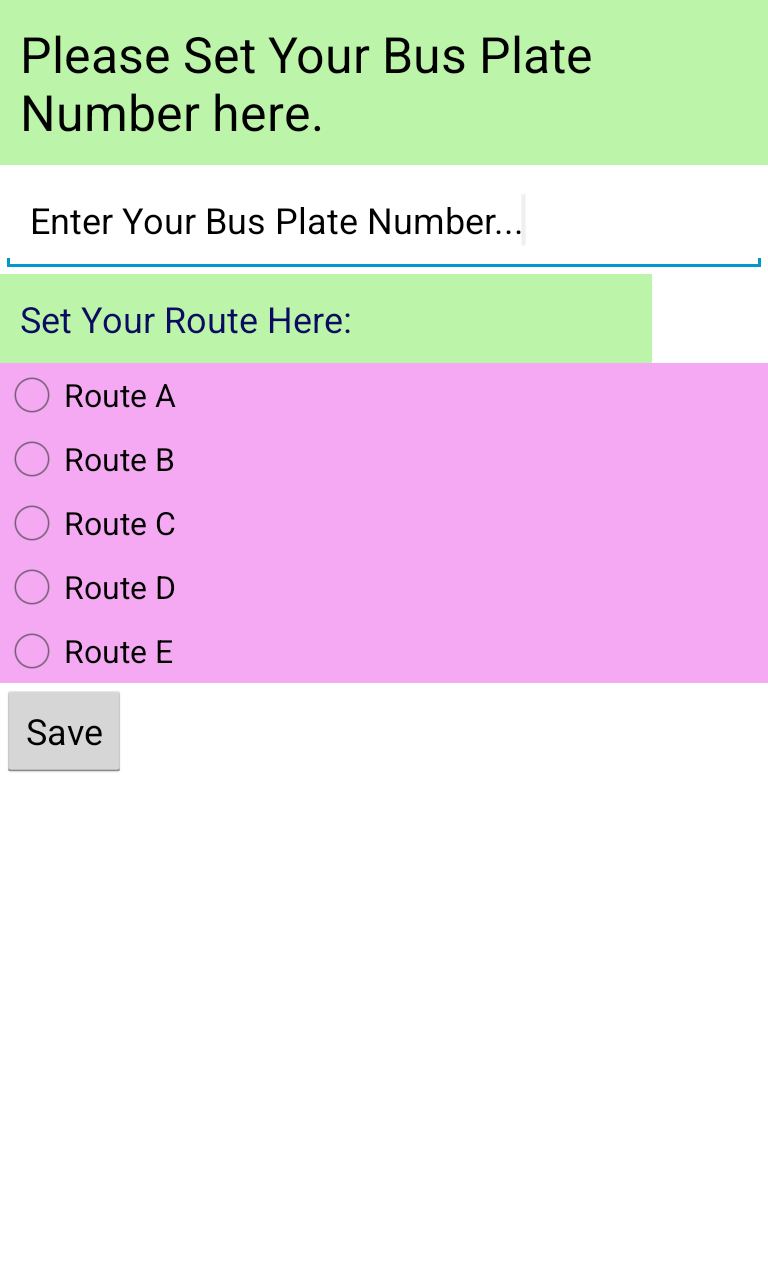
Repository: patheon17/myrepo2
Layout: workspace/UMBusTracker/res/layout/activity_set_plate_num.xml
The author's editor kept a copy of each file at every save. The layout is drawn from the files as they stood at one save, then again after the next save.
It is drawn on a 768 x 1280 px phone screen (xhdpi) without system bars, with theme AppTheme; the app's code is not run.

Above is the layout before, as saved 2013-10-01 09:56:45.

### workspace/UMBusTracker/res/layout/activity_set_plate_num.xml
<LinearLayout xmlns:android="http://schemas.android.com/apk/res/android"
    xmlns:tools="http://schemas.android.com/tools"
    android:layout_width="match_parent"
    android:layout_height="match_parent"
    android:orientation="vertical"
    tools:context=".MainActivity" >

    <TextView
        android:id="@+id/textView1"
        android:layout_width="wrap_content"
        android:layout_height="wrap_content"
        android:background="@color/appbackground"
        android:padding="10sp"
        android:text="Please Set Your Bus Plate Number here."
        android:textAppearance="?android:attr/textAppearanceLarge"
        android:textSize="25sp" />

    <EditText
        android:id="@+id/editText1"
        android:layout_width="match_parent"
        android:layout_height="wrap_content"
        android:ems="10"
        android:text="Enter Your Bus Plate Number..."
        android:padding="15sp" >

        <requestFocus />
    </EditText>

    <TextView
        android:id="@+id/textView2"
        android:layout_width="326dp"
        android:layout_height="wrap_content"
        android:padding="10sp"
        android:background="@color/appbackground"
        android:text="Set Your Route Here:"
        android:textAppearance="?android:attr/textAppearanceMedium"
        android:textColor="#0B0B61" />

    <RadioGroup
        android:layout_width="fill_parent"
        android:layout_height="wrap_content"
        android:background="#F5A9F2" >

        <RadioButton
            android:id="@+id/routeA"
            android:layout_width="wrap_content"
            android:layout_height="wrap_content"
            android:text="Route A" />

        <RadioButton
            android:id="@+id/routeB"
            android:layout_width="wrap_content"
            android:layout_height="wrap_content"
            android:text="Route B" />

        <RadioButton
            android:id="@+id/routeC"
            android:layout_width="wrap_content"
            android:layout_height="wrap_content"
            android:text="Route C" />
        <RadioButton
            android:id="@+id/routeD"
            android:layout_width="wrap_content"
            android:layout_height="wrap_content"
            android:text="Route D" />
        <RadioButton
            android:id="@+id/routeE"
            android:layout_width="wrap_content"
            android:layout_height="wrap_content"
            android:text="Route E" />
    </RadioGroup>

    <Button
        android:id="@+id/button1"
        android:layout_width="wrap_content"
        android:layout_height="wrap_content"
        android:text="Save" />

</LinearLayout>

### workspace/UMBusTracker/res/values/styles.xml
<resources>

    <!--
        Base application theme, dependent on API level. This theme is replaced
        by AppBaseTheme from res/values-vXX/styles.xml on newer devices.
    -->
    <style name="AppBaseTheme" parent="android:Theme.Light">
        <!--
            Theme customizations available in newer API levels can go in
            res/values-vXX/styles.xml, while customizations related to
            backward-compatibility can go here.
        -->
    </style>

    <!-- Application theme. -->
    <style name="AppTheme" parent="AppBaseTheme">
        <!-- All customizations that are NOT specific to a particular API-level can go here. -->
    </style>
    <color name="appbackground">#BCF5A9</color>

</resources>

Loaded but not shown: workspace/UMBusTracker/res/values-v11/styles.xml (common file); workspace/UMBusTracker/res/values-v14/styles.xml (common file)

After the next save:
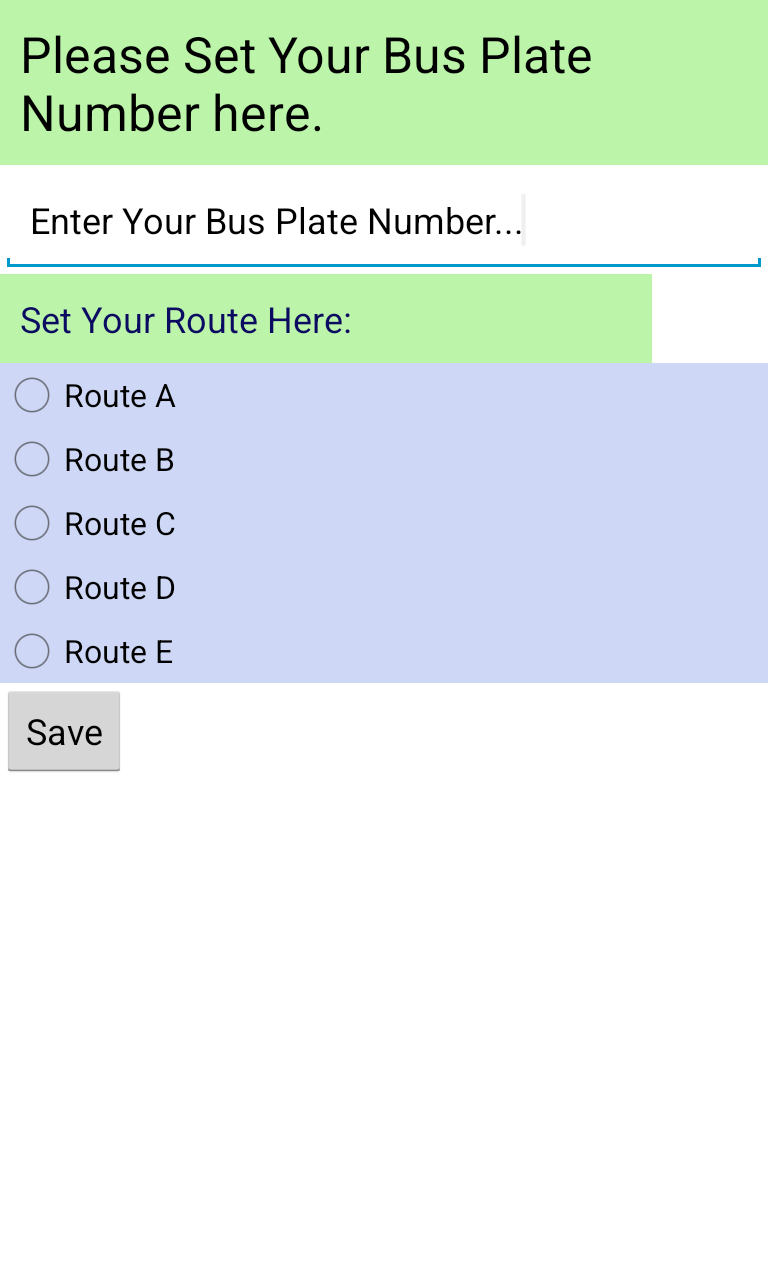
Saved 22 s later.
--- a/workspace/UMBusTracker/res/layout/activity_set_plate_num.xml
+++ b/workspace/UMBusTracker/res/layout/activity_set_plate_num.xml
@@ -39,7 +39,7 @@
     <RadioGroup
         android:layout_width="fill_parent"
         android:layout_height="wrap_content"
-        android:background="#F5A9F2" >
+        android:background="#CED8F6" >
 
         <RadioButton
             android:id="@+id/routeA"
